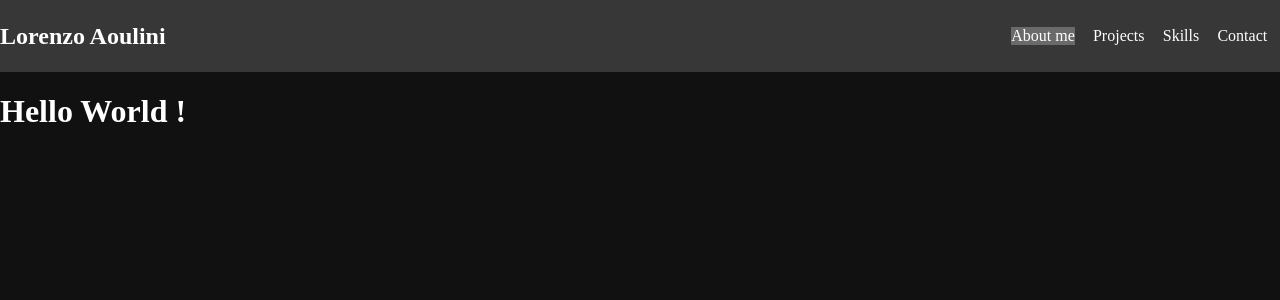
Repository: lolo298/lolo298.github.io
Page: index.html
These files come from the project's save history. The page is drawn as it stood at one moment and after the next save; the edit follows.
The browser window is 1280 px wide. The pictures show the whole page.
The pointer rests on the first visible `.main-navbar-item>a`.

Above is the page before, as saved 2022-05-09 17:07:56.

### index.html
<!DOCTYPE html>
<html lang="en">

<head>
    <meta charset="UTF-8">
    <meta http-equiv="X-UA-Compatible" content="IE=edge">
    <meta name="viewport" content="width=device-width, initial-scale=1.0">
    <link rel="stylesheet" href="css/style.css">
    <title>Portfolio</title>
</head>

<body>
    <div class="main-container">
        <nav class="main-navbar">
            <h1>Lorenzo Aoulini</h1>
            <ul class="main-navbar-list">
                <li class="main-navbar-item">
                    <a href="#">About me</a>
                </li>
                <li class="main-navbar-item">
                    <a href="#">Projects</a>
                </li>
                <li class="main-navbar-item">
                    <a href="#">Skills</a>
                </li>
                <li class="main-navbar-item">
                    <a href="#">Contact</a>
                </li>
        </nav>
        <h1>Hello World !</h1>

    </div>

</body>

</html>

### css/style.css
html {
    background-color: #111111;
}

body {
    padding: 0;
    margin: 0;
}

.main-container {
    color: white;
    height: 100vh;
    width: 100vw;
}

.main-navbar {
    background-color: #373737;
    height: 10%;
    display: flex;
    justify-content: space-between;
    align-items: center;
}

.main-navbar>* {
    margin: 0;
}

.main-navbar-list {
    width: 20%;
    display: flex;
    flex-direction: row;
    align-items: center;
    list-style: none;
    justify-content: space-between;
    margin-right: 1%;
    height: 100%;
}

.main-navbar-item {
    height: 100%;
    display: flex;
    justify-content: center;
    align-items: center;
}

.main-navbar-item>a {
    vertical-align: middle;
    text-decoration: none;
    color: white;
}

.main-navbar-item>a:hover {
    background-color: #6A6A6A;
}

After the next save:
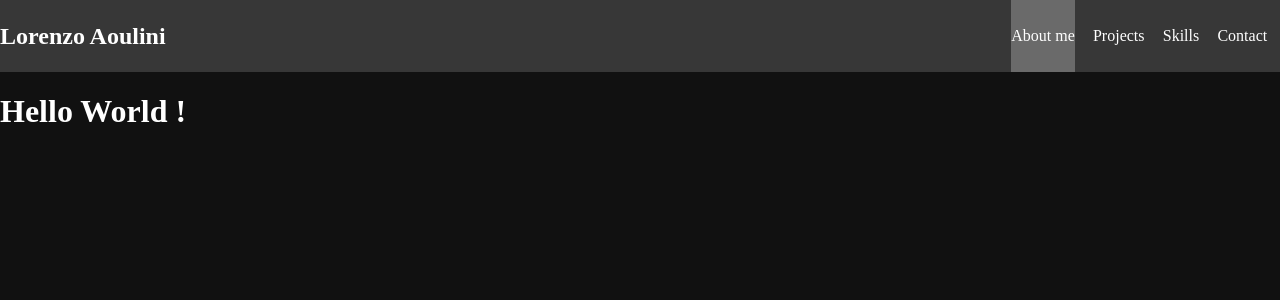
Saved 73 s later.
--- a/css/style.css
+++ b/css/style.css
@@ -49,6 +49,6 @@ body {
     color: white;
 }
 
-.main-navbar-item>a:hover {
+.main-navbar-item:hover {
     background-color: #6A6A6A;
 }
